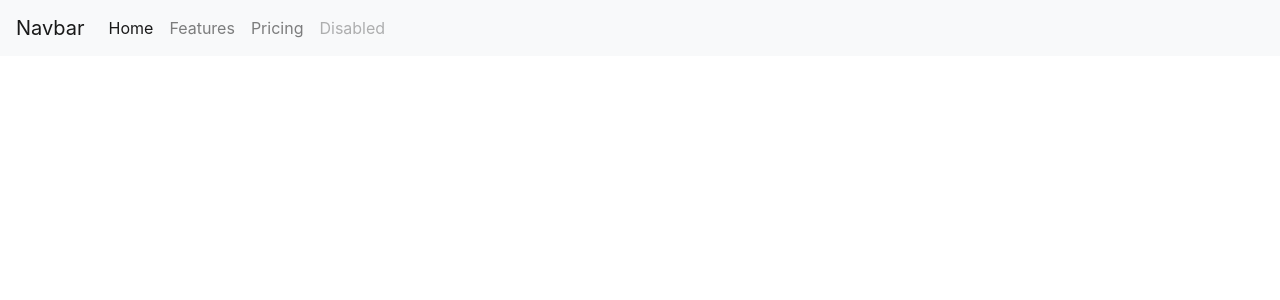
Repository: AyrtonSM/ayrtonsm.github.io
Page: website/index.html
These files come from the project's save history. The page is drawn as it stood at one moment and after the next save; the edit follows.
The browser window is 1280 px wide. The pictures show the whole page.
Some web libraries are served in a nearby version.

Above is the page before, as saved 2019-07-23 09:12:06.

After the next save:
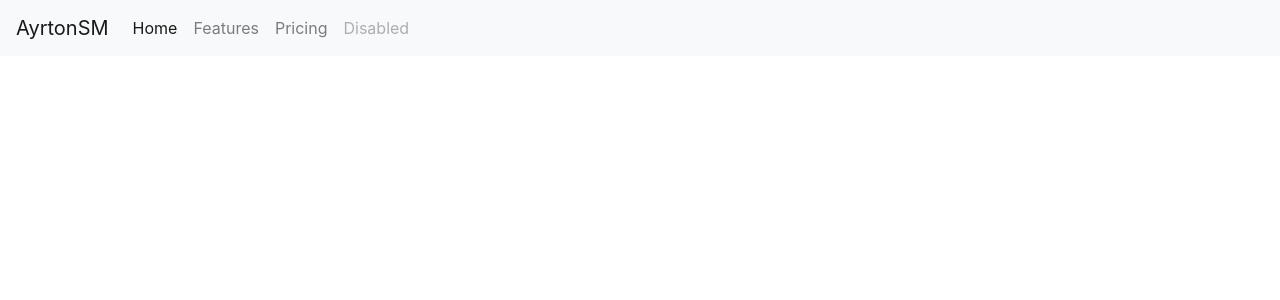
Saved 18 s later.
--- a/website/index.html
+++ b/website/index.html
@@ -14,7 +14,7 @@
 
     <nav class="navbar navbar-expand-lg navbar-light bg-light">
 
-        <a class="navbar-brand" href="#">Navbar</a>
+        <a class="navbar-brand" href="#">AyrtonSM</a>
 
         <button class="navbar-toggler" type="button" data-toggle="collapse" data-target="#navbarNav" aria-controls="navbarNav" aria-expanded="false" aria-label="Toggle navigation">
             <span class="navbar-toggler-icon"></span>
